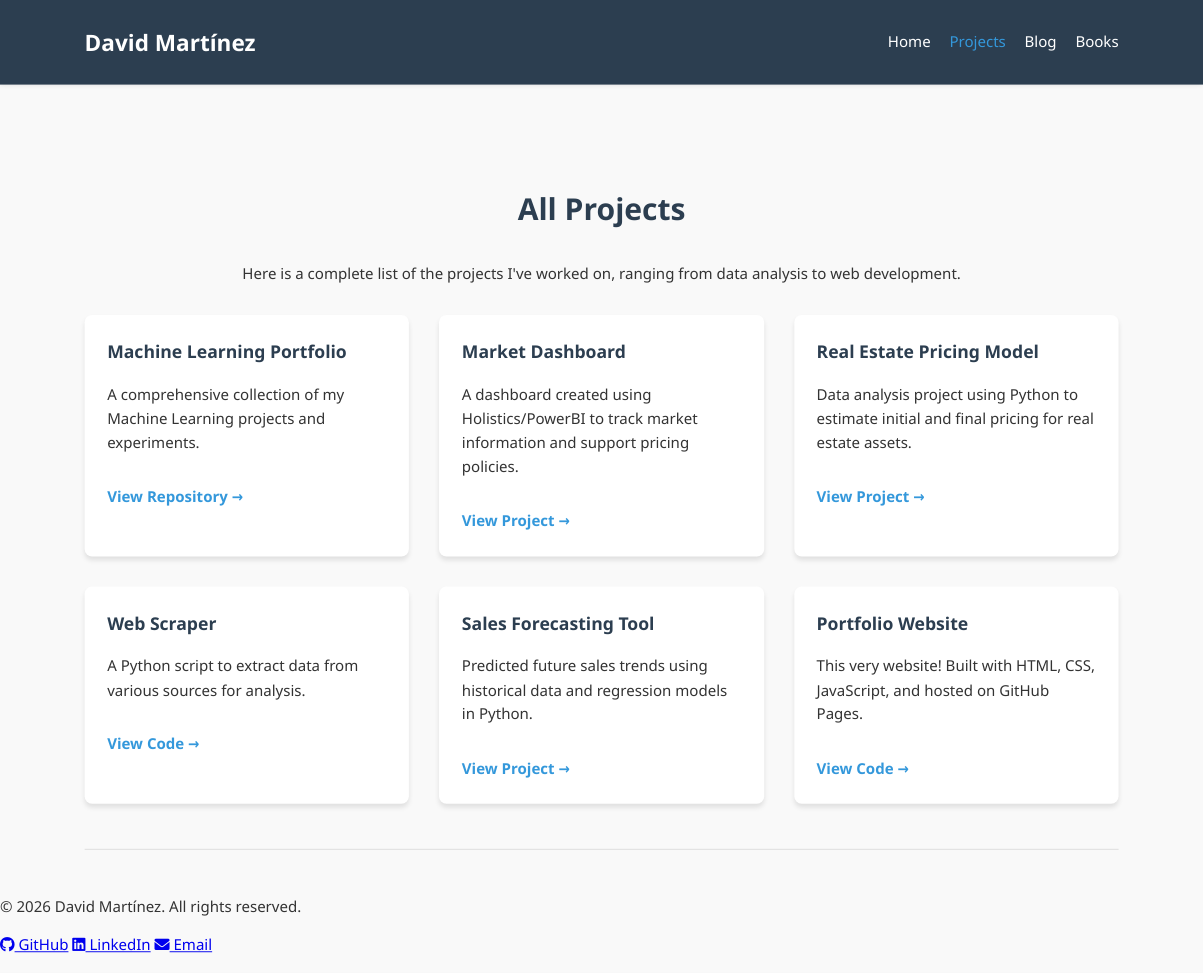
Repository: davidsmv/davidsmv.github.io
Page: projects.html
The author's editor kept a copy of each file at every save. The page is drawn from the files as they stood at one save, then again after the next save.
The browser window is 1280 px wide. The pictures show the whole page, at 94% of full size.

Above is the page before, as saved 2026-01-19 17:19:36.

After the next save:
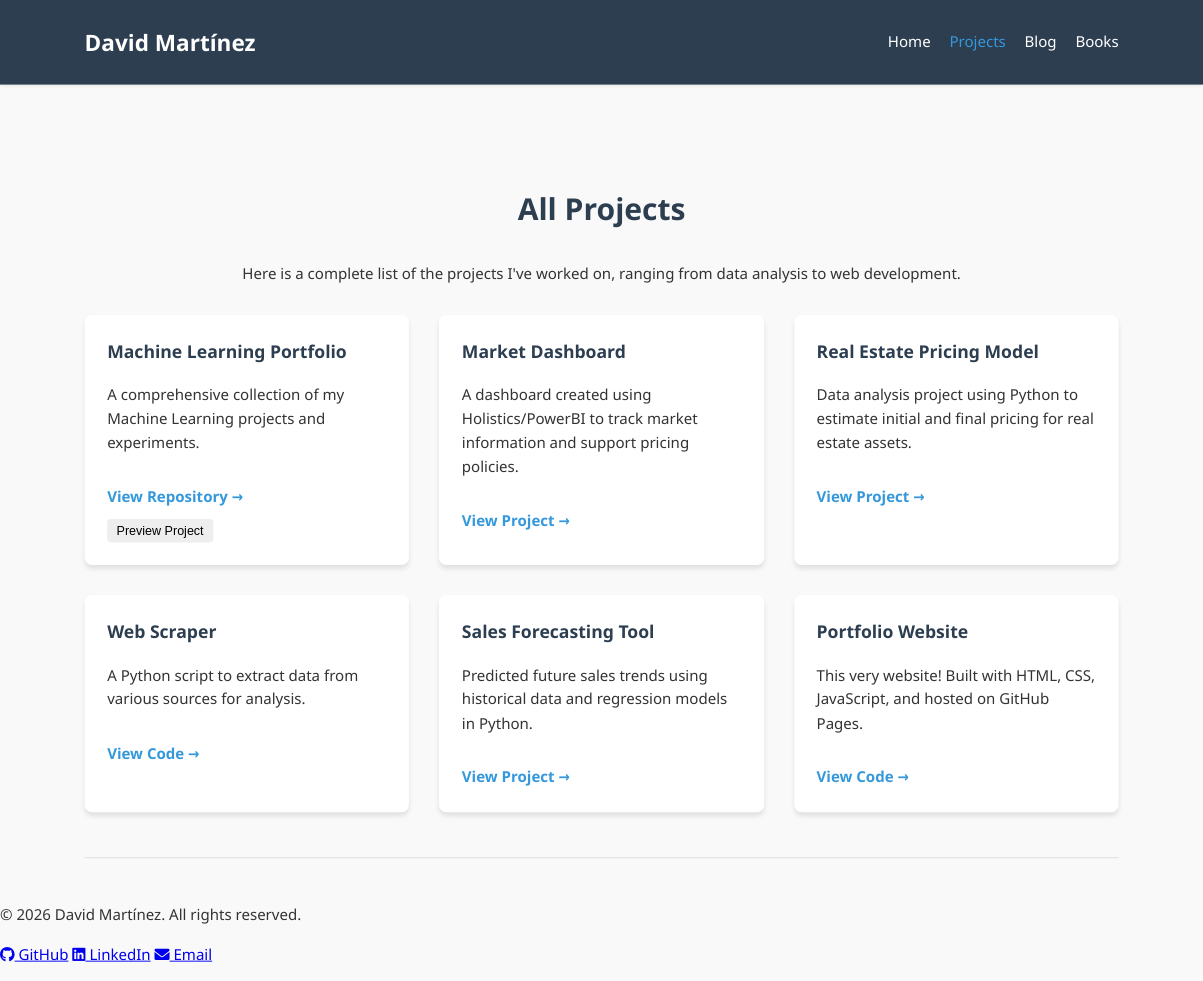
Saved 10 s later.
--- a/js/scripts.js
+++ b/js/scripts.js
@@ -1,6 +1,66 @@
 // ============================================
 // LOGIC SECTION - DO NOT EDIT UNLESS NECESSARY
 // ============================================
+
+// Initialize Modal once when the script loads
+document.addEventListener('DOMContentLoaded', () => {
+    // Inject Modal HTML into the body
+    const modalHtml = `
+        <div id="previewModal" class="modal">
+            <div class="modal-content">
+                <span class="close-modal">&times;</span>
+                <div id="modalBody" class="markdown-body">
+                    Loading...
+                </div>
+            </div>
+        </div>
+    `;
+    document.body.insertAdjacentHTML('beforeend', modalHtml);
+
+    // Close modal logic
+    const modal = document.getElementById("previewModal");
+    const span = document.getElementsByClassName("close-modal")[0];
+
+    if (span) {
+        span.onclick = function() {
+            modal.style.display = "none";
+        }
+    }
+
+    window.onclick = function(event) {
+        if (event.target == modal) {
+            modal.style.display = "none";
+        }
+    }
+});
+
+function openPreview(readmeUrl) {
+    const modal = document.getElementById("previewModal");
+    const modalBody = document.getElementById("modalBody");
+
+    if (!modal || !modalBody) return;
+
+    modal.style.display = "block";
+    modalBody.innerHTML = "Loading preview...";
+
+    fetch(readmeUrl)
+        .then(response => {
+            if (!response.ok) throw new Error("Could not fetch README");
+            return response.text();
+        })
+        .then(text => {
+            // Using marked.js to convert markdown to HTML
+            // Check if marked is available
+            if (typeof marked !== 'undefined') {
+                 modalBody.innerHTML = marked.parse(text);
+            } else {
+                 modalBody.innerHTML = "<p>Error: Markdown parser not loaded.</p><pre>" + text + "</pre>";
+            }
+        })
+        .catch(err => {
+            modalBody.innerHTML = `<p>Error loading preview: ${err.message}</p>`;
+        });
+}
 
 function renderProjects(containerId, limit = null) {
     const container = document.getElementById(containerId);
@@ -9,13 +69,21 @@ function renderProjects(containerId, limit = null) {
     // Use projectsData from data/projects.js
     const dataToRender = limit ? projectsData.slice(0, limit) : projectsData;
 
-    container.innerHTML = dataToRender.map(project => `
+    container.innerHTML = dataToRender.map(project => {
+        let previewButton = '';
+        if (project.readmeUrl) {
+            previewButton = `<button onclick="openPreview('${project.readmeUrl}')" style="margin-top: 10px; padding: 5px 10px; background: #eee; border: none; border-radius: 4px; cursor: pointer;">Preview Project</button>`;
+        }
+
+        return `
         <div class="project-card">
             <h3>${project.title}</h3>
             <p>${project.description}</p>
             <a href="${project.link}" class="project-link">${project.linkText} &rarr;</a>
+            <br>
+            ${previewButton}
         </div>
-    `).join('');
+    `}).join('');
 }
 
 function renderBlogs(containerId, limit = null) {
